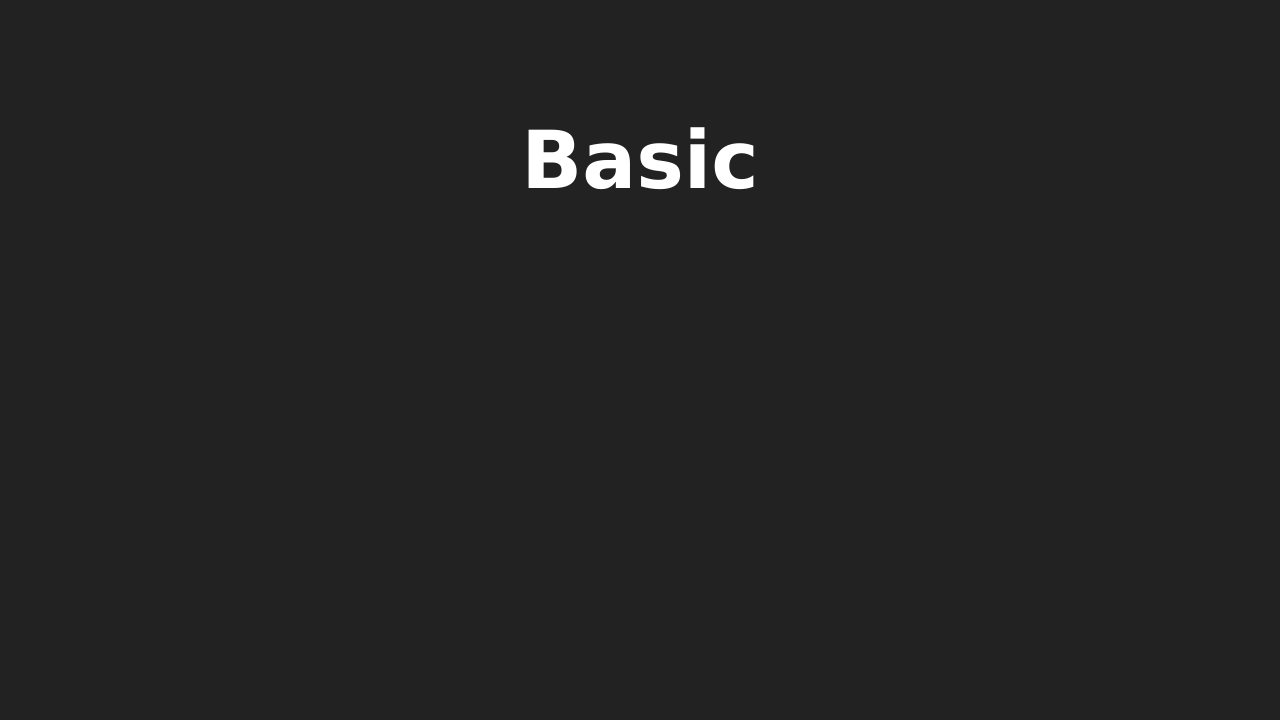
Repository: mleef/Chime
Page: Ticker/index.html
The author's editor kept a copy of each file at every save. The page is drawn from the files as they stood at one save, then again after the next save.
The browser window is 1280 px wide. The pictures show the whole page.
Pictures or frames that could not be fetched are drawn as grey boxes. Some web libraries are served in a nearby version.

Above is the page before, as saved 2015-12-02 23:33:56.
Console error: ReferenceError: Common is not defined

### Ticker/index.html
<!DOCTYPE html>
<html>
<head>
    <meta charset="utf-8" />
    <meta name="viewport" content="width=device-width, initial-scale=1.0, maximum-scale=1.0">
    <meta name="description" content="Tizen TV basic template generated by Samsung TV Web IDE"/>

    <title>Tizen TV Web IDE - Tizen TV - Tizen TV basic Application</title>

    <link rel="stylesheet" type="text/css" href="css/style.css"/>
    <script src="https://ajax.googleapis.com/ajax/libs/jquery/1.11.3/jquery.min.js"></script>
    <script src="js/main.js"></script>
</head>

<body>
  <div class=contents>
  	<div style='margin:auto;'>
  		<span class=content_text id=textbox>Basic</span>
  	</div>
  </div>
</body>
</html>

### Ticker/css/style.css
* {
    font-family: Verdana, Lucida Sans, Arial, Helvetica, sans-serif;
}

body {
    margin: 0px auto;
    background-color:#222;
    overflow:hidden;
}

.contents {
	display: flex;
	display: -webkit-flex;
	box-sizing: border-box;
	-webkit-box-sizing: border-box;
	height:320px;
}


.content_text {
	font-weight:bold;
	font-size:5em;
	color:#fff;
}

*
{
	padding: 0;
	margin: 0;
	border: 0;
}


#mainBG

{

	position:fixed;

	right: 0px;

	bottom: 0px;

	width: 305px;

	height: 182px;

	text-align:center;

	padding-top:20px;

	background-image: url("../../images/background.png");

	background-repeat:no-repeat;

}

### Ticker/js/main.js
var channel;
var socket;
var ip;
var widgetAPI = new Common.API.Widget();


function channelChangeCB(channelInfo, type) {
	setTimeout(function() {
		var newChannel = tizen.tv.channel.getCurrentChannel();
		// Make sure the channel hasn't changed in the last 5 seconds.
		if (newChannel.channelName != channelInfo.channelName) {
			return;
		}
		chime = {
				registrationMessage : {
					previousChannel : {id : channel},
					newChannel : {id: channelInfo.channelName},
					television : {id : "2"},
				}
			};
		socket.send(JSON.stringify(chime));
		channel = channelInfo.channelName;
	}, 5000);
}

window.onload = function () {
    // TODO:: Do your initialization job

	ip = webapis.network.getIp();

	$('#mainBG').show();
	widgetAPI.sendReadyEvent();

	var registration = {
		registrationMessage: {
			previousChannel: null,
			newChannel: {id: tizen.tv.channel.getCurrentChannel().channelName},
			television: {id: ip}
		}
	};

	var chime = {
		chimeMessage : {
			channel : {id : tizen.tv.channel.getCurrentChannel().channelName},
			television : {id : ip},
			message : "Test message.",
			timeSent : tizen.time.getCurrentDateTime().toString()
		}
	};

	socket = new WebSocket('ws://ec2-54-152-59-214.compute-1.amazonaws.com:4445');
	socket.onopen = function () {
		console.log("connection opened.");
		socket.send(JSON.stringify(registration));
		socket.send(JSON.stringify(chime));
	}

	socket.onmessage = function (message) {
		console.log("response received");
		console.log(message);
	}

	var channelListenerID = tizen.tv.channel.addChannelChangeListener(channelChangeCB);

};

After the next save:
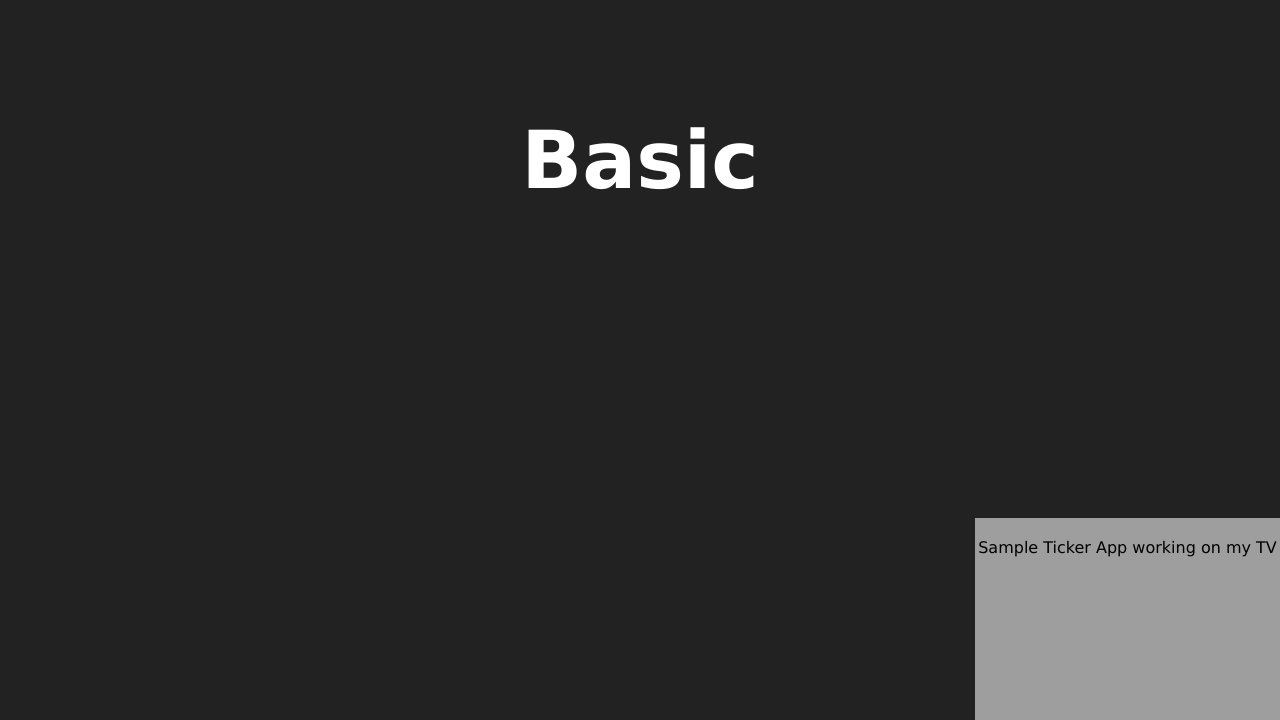
Saved 5 min 7 s later.
--- a/Ticker/index.html
+++ b/Ticker/index.html
@@ -16,6 +16,7 @@
   <div class=contents>
   	<div style='margin:auto;'>
   		<span class=content_text id=textbox>Basic</span>
+  		<div id="mainBG">Sample Ticker App working on my TV</div>
   	</div>
   </div>
 </body>
